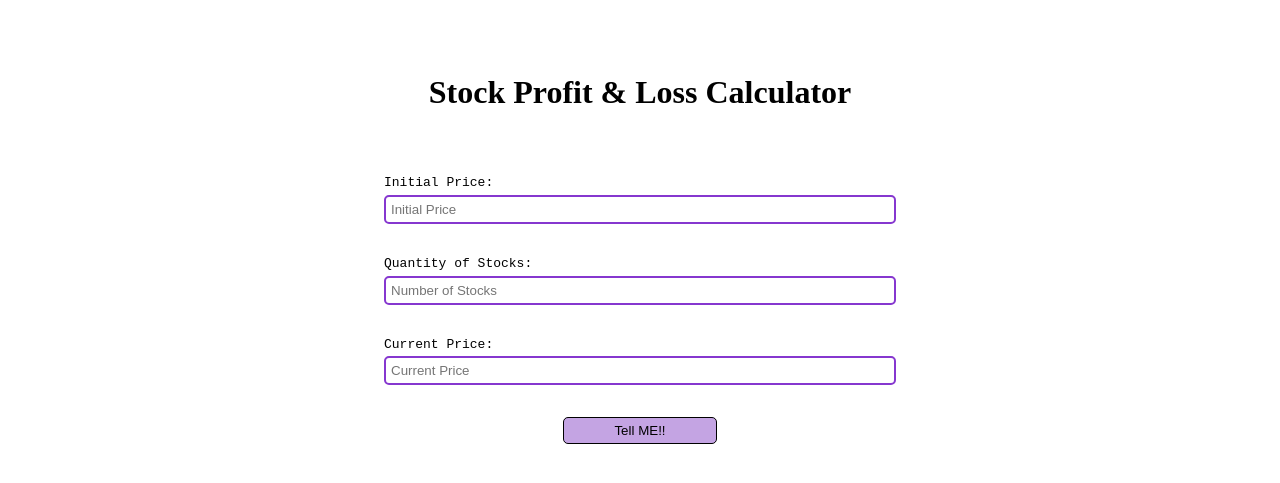
Repository: patelamancode/Stock-P-L-Calculator
Page: index.html
The author's editor kept a copy of each file at every save. The page is drawn from the files as they stood at one save, then again after the next save.
The browser window is 1280 px wide. The pictures show the whole page.

Above is the page before, as saved 2022-11-23 18:14:05.

### index.html
<!DOCTYPE html>
<html lang="en">
<head>
    <meta charset="UTF-8">
    <meta http-equiv="X-UA-Compatible" content="IE=edge">
    <meta name="viewport" content="width=device-width, initial-scale=1.0">
    <link rel="stylesheet" href="index.css">
    <title>Stock Profit and Loss Calc</title>
</head>
<body>
    <div id="main-container">
        <h1 class="app-title">Stock Profit & Loss Calculator</h1>
        <label for="initial Price">Initial Price:</label>
        <input type="text" placeholder="Initial Price">
        <label for="number of stock">Quantity of Stocks:</label>
        <input type="text" placeholder="Number of Stocks">
        <label for="current Price">Current Price:</label>
        <input type="text" placeholder="Current Price" >
        <button id="check-btn">Tell ME!!</button>
    </div>
</body>
</html>

### index.css
* {
    margin: 0;
    padding: 0;
  }


  #main-container {
    display: flex;
    flex-direction: column;
    width: 40vw;
    margin: auto;
    margin-top: 2rem;
    padding: 10px;
    text-align: center;
  }

  .app-title {
    margin: 2rem 0;
  }
  label{
    margin-top: 2rem;
    margin-bottom: 0.3rem;
    text-align: left;
    font-family: monospace;
  }
  input{
    border: 2px solid rgb(134, 55, 207);
    border-radius: 5px;
    padding: 5px;
  }
  #check-btn{
    margin: auto;
    text-align: center;
    margin-top: 2rem;
    width: 30%;
    padding: 5px 0px;
    background-color:rgba(143, 82, 201, 0.521);
    border: 1px solid;
    border-radius: 5px;
  }

After the next save:
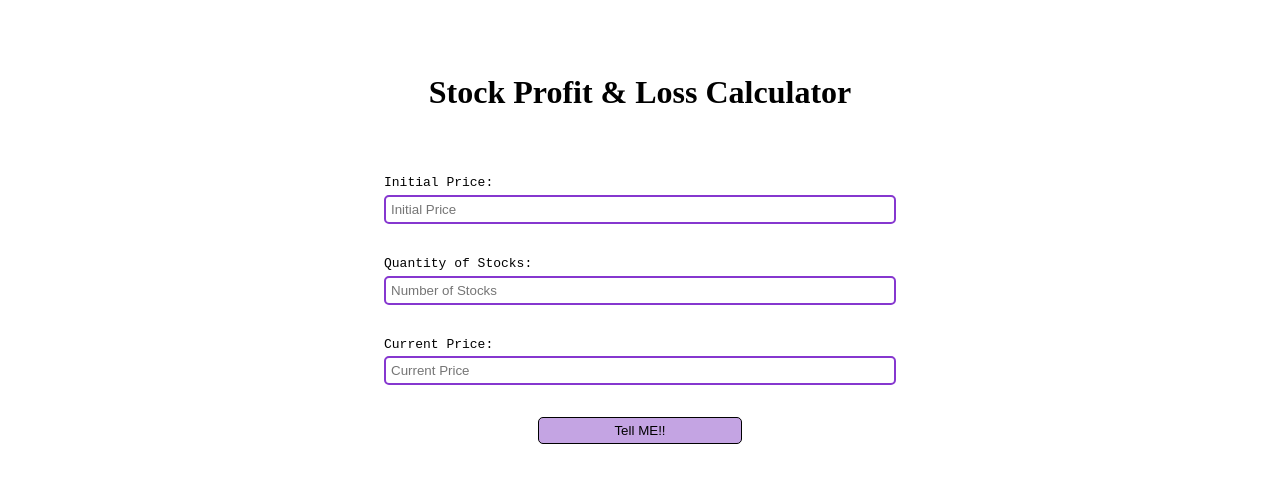
Saved 10 s later.
--- a/index.css
+++ b/index.css
@@ -32,7 +32,7 @@
     margin: auto;
     text-align: center;
     margin-top: 2rem;
-    width: 30%;
+    width: 40%;
     padding: 5px 0px;
     background-color:rgba(143, 82, 201, 0.521);
     border: 1px solid;
